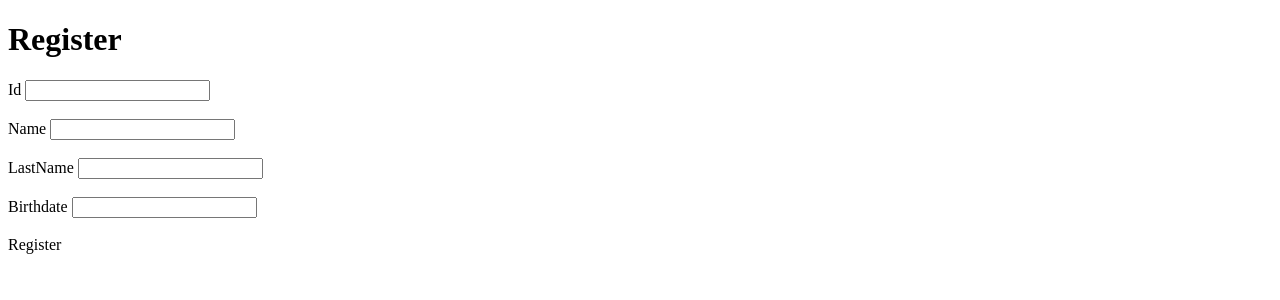
Repository: JavierGonzalez40/repo-aws-15
Page: templates/register.html
These files come from the project's save history. The page is drawn as it stood at one moment and after the next save; the edit follows.
The browser window is 1280 px wide. The pictures show the whole page.

Above is the page before, as saved 2024-09-10 00:23:07.

### templates/register.html
<!DOCTYPE html>
<html lang="en">

<head>
    <meta charset="UTF-8">
    <meta name="viewport" content="width=device-width, initial-scale=1.0">
    <title>Document</title>
</head>

<body>
    <h1>Register</h1>
    <form>
        <label> Id </label> <input> <br> <br>
        <label> Name </label> <input> <br> <br>
        <label> LastName </label> <input> <br> <br>
        <label> Birthdate  </label> <input> <br> <br>
        <botton> Register </botton>
    </form>
</body>

</html>

After the next save:
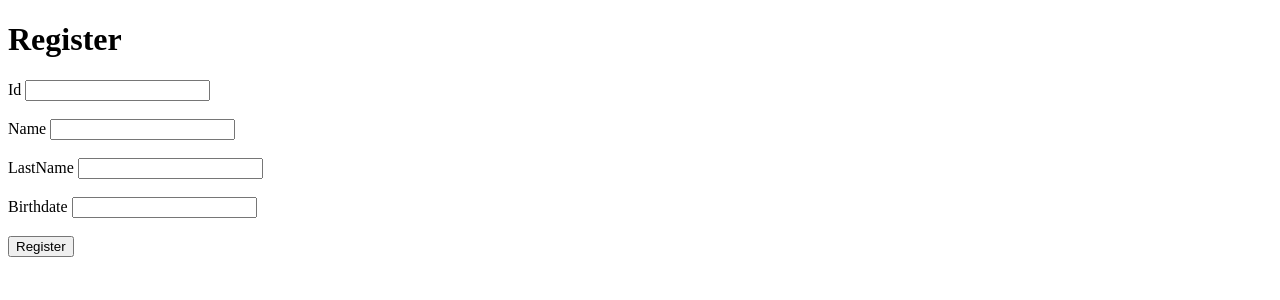
Saved 38 s later.
--- a/templates/register.html
+++ b/templates/register.html
@@ -14,7 +14,7 @@
         <label> Name </label> <input> <br> <br>
         <label> LastName </label> <input> <br> <br>
         <label> Birthdate  </label> <input> <br> <br>
-        <botton> Register </botton>
+        <button> Register </button>
     </form>
 </body>
 
